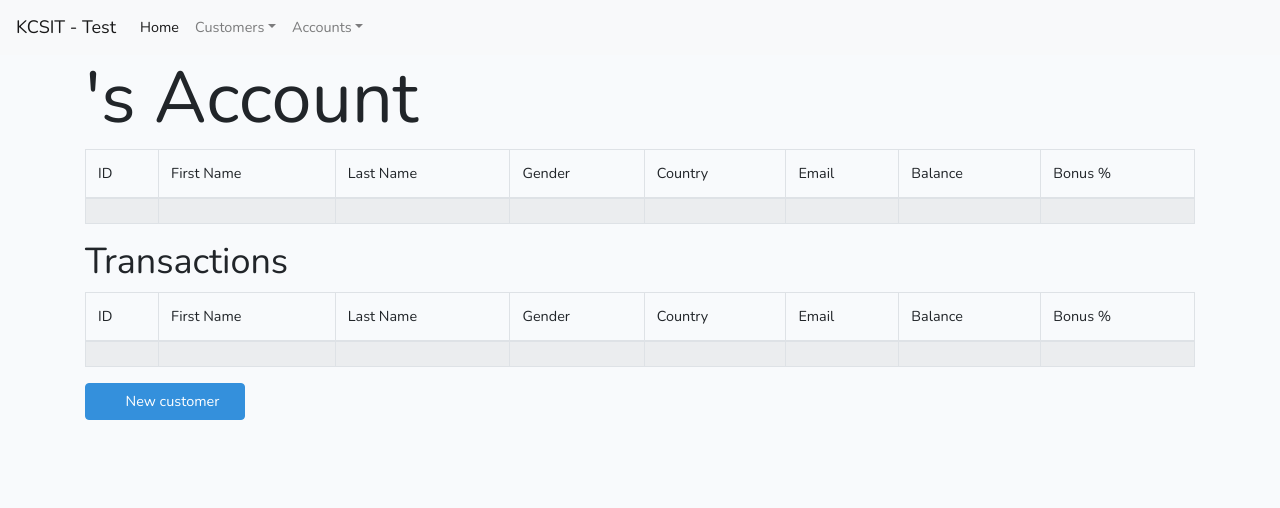
Repository: GilmarBrito/kcsit
Page: resources/views/accounts/index.blade.php
These files come from the project's save history. The page is drawn as it stood at one moment and after the next save; the edit follows.
The browser window is 1280 px wide. The pictures show the whole page.
The page is served by the project's Laravel application, run on PHP 8.4 with Laravel 8. Other server files are loaded and not shown. Style sheets and scripts are compiled from the project's sources, by tool versions that may differ from the author's. The template is opened directly, without the code that normally fills it, so the values that code supplies are empty.

Above is the page before, as saved 2020-03-09 02:51:27.
Console error: ReferenceError: $ is not defined

### routes/web.php
<?php

use Illuminate\Support\Facades\Route;

/*
|--------------------------------------------------------------------------
| Web Routes
|--------------------------------------------------------------------------
|
| Here is where you can register web routes for your application. These
| routes are loaded by the RouteServiceProvider within a group which
| contains the "web" middleware group. Now create something great!
|
*/

Route::get('/', function () {
    return view('welcome');
});

Route::resource('customers', 'CustomerController');

Route::get('/customers/{id}/accounts',[
    'as' => 'accounts.show',
    'uses' => 'AccountController@show'
]);

### resources/views/accounts/index.blade.php
@extends('base')

@section('main')
<div class="row">
    <div class="col-sm-12">
        <h1 class="display-3">{{$customer->first_name}} {{$customer->last_name}}'s Account</h1>
    </div>

    <div class="col-sm-12">
        <table class="table table-striped table-bordered">
            <thead>
                <tr>
                    <td>ID</td>
                    <td>First Name</td>
                    <td>Last Name</td>
                    <td>Gender</td>
                    <td>Country</td>
                    <td>Email</td>
                    <td>Balance</td>
                    <td>Bonus %</td>
                </tr>
            </thead>
            <tbody>

                <tr>
                    <td>{{$customer->id}}</td>
                    <td>{{$customer->first_name}}</td>
                    <td>{{$customer->last_name}}</td>
                    <td>{{$customer->gender}}</td>
                    <td>{{$customer->country}}</td>
                    <td>{{$customer->email}}</td>
                    <td>{{$account->current_balance}}</td>
                    <td>{{$account->bonus}}</td>
                </tr>

            </tbody>
        </table>
    </div>
    <div class="col-sm-12">
        <h1>Transactions</h1>
        <table class="table table-striped table-bordered">
            <thead>
                <tr>
                    <td>ID</td>
                    <td>First Name</td>
                    <td>Last Name</td>
                    <td>Gender</td>
                    <td>Country</td>
                    <td>Email</td>
                    <td>Balance</td>
                    <td>Bonus %</td>
                </tr>
            </thead>
            <tbody>

                <tr>
                    <td>{{$customer->id}}</td>
                    <td>{{$customer->first_name}}</td>
                    <td>{{$customer->last_name}}</td>
                    <td>{{$customer->gender}}</td>
                    <td>{{$customer->country}}</td>
                    <td>{{$customer->email}}</td>
                    <td>{{$account->current_balance}}</td>
                    <td>{{$account->bonus}}</td>
                </tr>

            </tbody>
        </table>
    </div>
    <div class="col-sm-2">
        <a href="{{route('customers.create')}}" class="btn btn-primary btn-block">
            <i class="fas fa-user-plus"></i> New customer
        </a>
    </div>
</div>
@endsection

### resources/views/base.blade.php
<!DOCTYPE html>
<html lang="en">
<head>
    <meta name="viewport" content="width=device-width, initial-scale=1.0">
    <title>KCSIT - Clever Full Stack Developer Test Task</title>
    <!-- Styles -->
    <link href="{{ asset('css/app.css') }}" rel="stylesheet">
</head>
<body>
    <nav class="navbar navbar-expand-lg navbar-light bg-light">
        <a class="navbar-brand" href="#">{{ config('app.name') }}</a>
        <button class="navbar-toggler" type="button" data-toggle="collapse" data-target="#navbarSupportedContent" aria-controls="navbarSupportedContent" aria-expanded="false" aria-label="Toggle navigation">
            <span class="navbar-toggler-icon"></span>
        </button>

        <div class="collapse navbar-collapse" id="navbarSupportedContent">
            <ul class="navbar-nav mr-auto">
                <li class="nav-item active">
                    <a class="nav-link" href="#">Home <span class="sr-only">(current)</span></a>
                </li>
                <li class="nav-item dropdown">
                    <a class="nav-link dropdown-toggle" href="#" id="navbarDropdown" role="button" data-toggle="dropdown" aria-haspopup="true" aria-expanded="false">Customers</a>
                    <div class="dropdown-menu" aria-labelledby="navbarDropdown">
                        <a class="dropdown-item" href="{{ route('customers.index') }}">List</a>
                        <a class="dropdown-item" href="{{ route('customers.create')}}">New</a>
                    </div>
                </li>
                <li class="nav-item dropdown">
                    <a class="nav-link dropdown-toggle" href="#" id="navbarDropdown" role="button" data-toggle="dropdown" aria-haspopup="true" aria-expanded="false">Accounts</a>
                    <div class="dropdown-menu" aria-labelledby="navbarDropdown">
                        <a class="dropdown-item" href="#">List</a>
                        <a class="dropdown-item" href="#">Deposit</a>
                        <a class="dropdown-item" href="#">Withdraw</a>
                    </div>
                </li>
            </ul>
        </div>
    </nav>
    @include('flash-message')
    <div class="container">
        @yield('main')
    </div>
    <!-- Scripts -->
    <script src="{{ asset('js/app.js') }}"></script>

    <script>
        $(document).ready(function () {
            if ($('.alert')){
                $('.alert').fadeTo(4000, 500).slideUp(500, function(){
                    $(".alert-dismissible").alert('close');
                });
            }
        });
    </script>

</body>
</html>

### resources/views/flash-message.blade.php
@if ($message = Session::get('success'))
<div class="alert alert-success alert-dismissible fade show">
	<button type="button" class="close" data-dismiss="alert">×</button>
        <strong>{{ $message }}</strong>
</div>
@endif


@if ($message = Session::get('error'))
<div class="alert alert-danger alert-dismissible fade show">
	<button type="button" class="close" data-dismiss="alert">×</button>
        <strong>{{ $message }}</strong>
</div>
@endif


@if ($message = Session::get('warning'))
<div class="alert alert-warning alert-dismissible fade show">
	<button type="button" class="close" data-dismiss="alert">×</button>
	<strong>{{ $message }}</strong>
</div>
@endif


@if ($message = Session::get('info'))
<div class="alert alert-info alert-dismissible fade show">
	<button type="button" class="close" data-dismiss="alert">×</button>
	<strong>{{ $message }}</strong>
</div>
@endif


@if ($errors->any())
<div class="alert alert-danger alert-dismissible fade show">
	<button type="button" class="close" data-dismiss="alert">×</button>
	Please check the form below for errors
</div>
@endif

### resources/sass/app.scss
// Fonts
@import url('https://fonts.googleapis.com/css?family=Nunito');

// Variables
@import 'variables';

// Bootstrap
@import '~bootstrap/scss/bootstrap';
// @import 'node_modules/@fortawesome/fontawesome-free/scss/fontawesome.scss';
@import '~@fortawesome/fontawesome-free/scss/fontawesome';
@import '~@fortawesome/fontawesome-free/scss/regular';
@import '~@fortawesome/fontawesome-free/scss/solid';
@import '~@fortawesome/fontawesome-free/scss/brands';

Loaded but not shown: resources/sass/_variables.scss (common file)

After the next save:
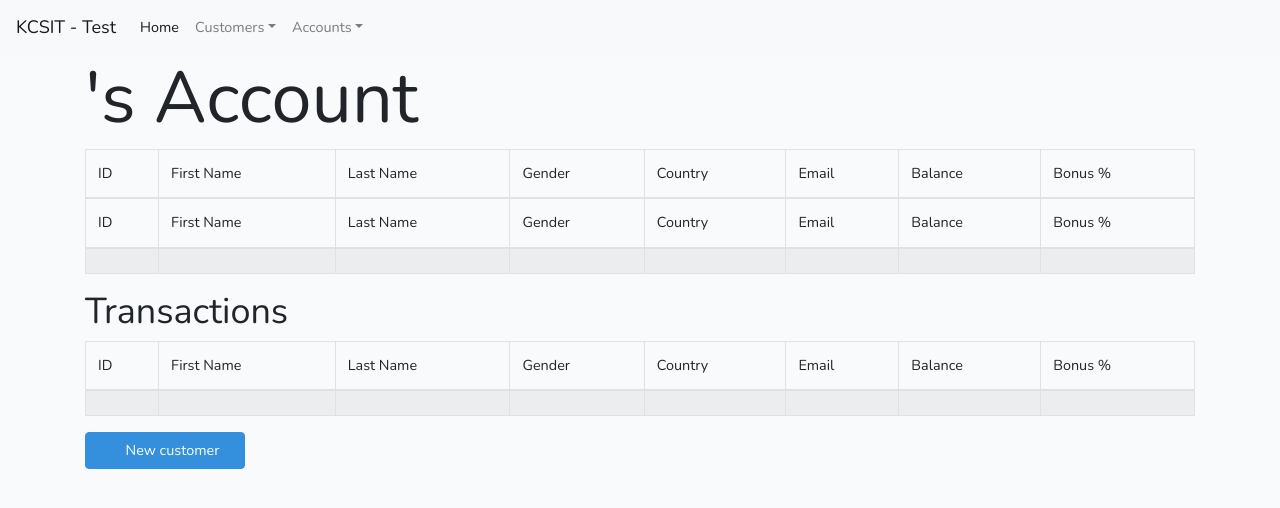
Saved 62 s later.
--- a/resources/views/accounts/index.blade.php
+++ b/resources/views/accounts/index.blade.php
@@ -9,6 +9,16 @@
     <div class="col-sm-12">
         <table class="table table-striped table-bordered">
             <thead>
+                <tr>
+                    <td>ID</td>
+                    <td>First Name</td>
+                    <td>Last Name</td>
+                    <td>Gender</td>
+                    <td>Country</td>
+                    <td>Email</td>
+                    <td>Balance</td>
+                    <td>Bonus %</td>
+                </tr>
                 <tr>
                     <td>ID</td>
                     <td>First Name</td>
